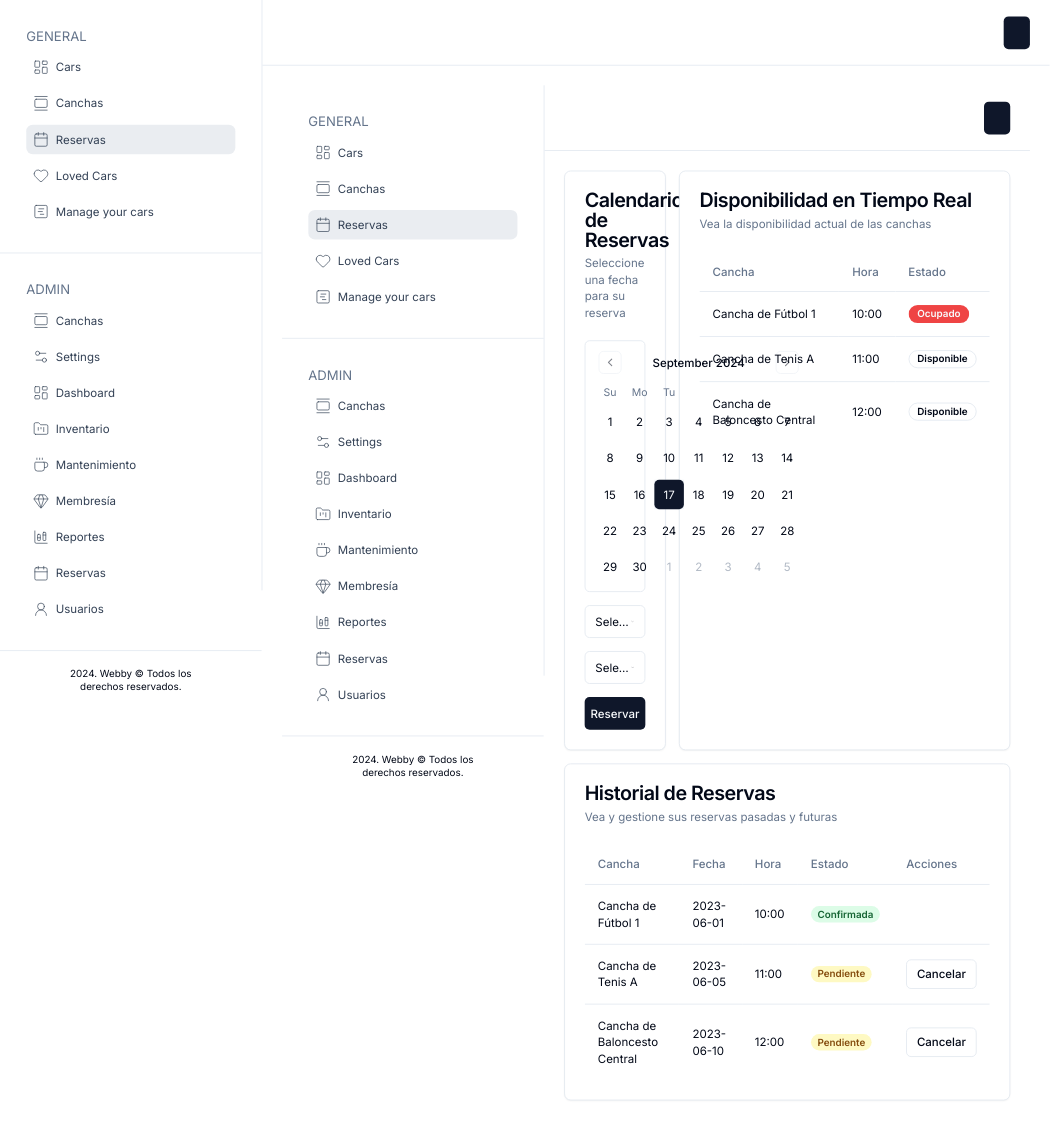
Repository: Jackson-sch/cdeporte
Page: /reservas
An editor plug-in stored every save of this project. The page is shown before and after a run of saves, followed by the edit.
The browser window is 1280 px wide. The pictures show the whole page, at 82% of full size.
The project was rebuilt for these pictures with package versions that can differ from the ones it lists, and the page was loaded fresh each time. The framework's server and built-in components were replaced by stand-ins that run in the browser. Also part of the build but not shown: next.config.mjs, src/components/ui/label.jsx, src/components/ui/input.jsx, src/components/Reservas/HistorialReserva.jsx.

Above is the page before, as saved 2024-09-17 20:10:54.

After the next 4 saves:
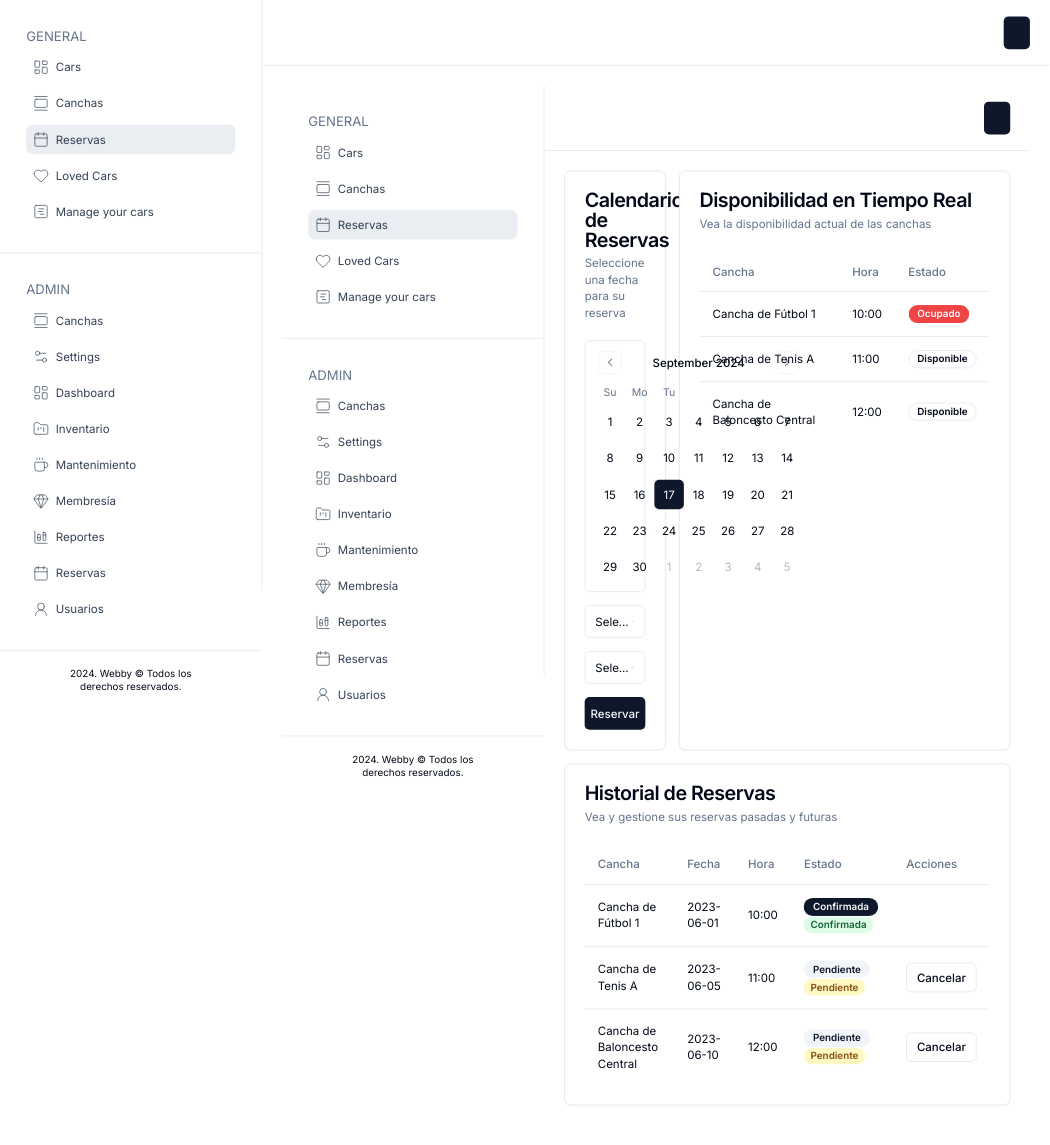
The 4 saves are shown as one change because 1 did not build or start and some came seconds apart.
The last was saved 3 min 11 s later.
--- a/src/components/Reservas/ReservationHistory.jsx
+++ b/src/components/Reservas/ReservationHistory.jsx
@@ -25,6 +25,7 @@ import {
   DialogDescription,
   DialogFooter,
 } from "@/components/ui/dialog";
+import { Badge } from "../ui/badge";
 
 export default function ReservationHistory() {
   const [reservations, setReservations] = useState([
@@ -89,6 +90,9 @@ export default function ReservationHistory() {
                 <TableCell>{reservation.date}</TableCell>
                 <TableCell>{reservation.time}</TableCell>
                 <TableCell>
+                <Badge variant={reservation.status === 'Confirmada' ? 'default' : 'secondary'}>
+                        {reservation.status}
+                      </Badge>
                   <span
                     className={`px-2 inline-flex text-xs leading-5 font-semibold rounded-full
                     ${
